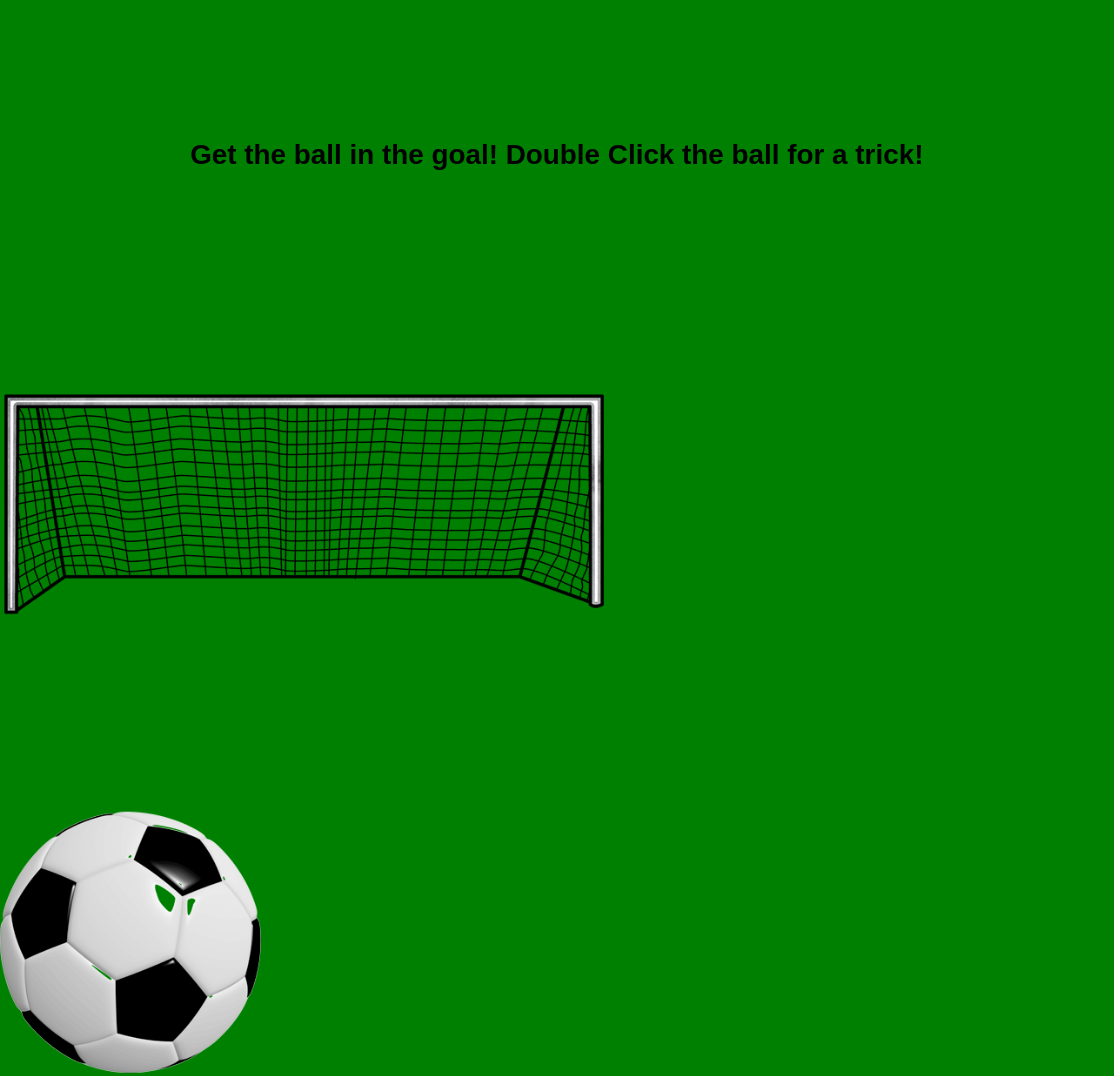
Repository: alexmaddux99/Lab3
Page: mouse-events.html
The author's editor kept a copy of each file at every save. The page is drawn from the files as they stood at one save, then again after the next save.
The browser window is 1280 px wide. The pictures show the whole page, at 87% of full size.

Above is the page before, as saved 2022-03-06 17:14:34.

### mouse-events.html
<!DOCTYPE html>
<html lang="en">

<head>
    <meta charset="UTF-8">
    <meta http-equiv="X-UA-Compatible" content="IE=edge">
    <meta name="viewport" content="width=device-width, initial-scale=1.0">
    <title>GOAL!</title>
    <style>
        body {
            background-color: green;
            margin:0;
            height:100vh;
        }

        div {
           height: 300px;
           width: 300px;
            transition: transform 1s;

        }

        p {
            margin-top: 10rem;
            text-align: center;
            font: bold 2rem sans-serif;
        }




    </style>
</head>

<body>

    <p>Get the ball in the goal! Double Click the ball for a trick!</p>

    <img src="/images/goal.png" alt="GOAL!">

    <div id="dot" class="ball">
        <img src="/images/soccer.png" alt="Score a Goal!">
    </div>




    <script>
        var dot = document.getElementById('dot');
        document.body.addEventListener('click', (e) => {
            console.log("Client: " , e.clientX , e.clientY)
            console.log("Page: " , e.pageX , e.pageY)
            console.log("Screen: " , e.screenX , e.screenY)
            console.log("Event Object: ", e);
            dot.style.transform = `translateY(${e.clientY - 25}px)`;
            dot.style.transform += `translateX(${e.clientX - 25}px)`;
            dot.style.opacity = 1;
        }, false);
    </script>
</body>

</html>

After the next save:
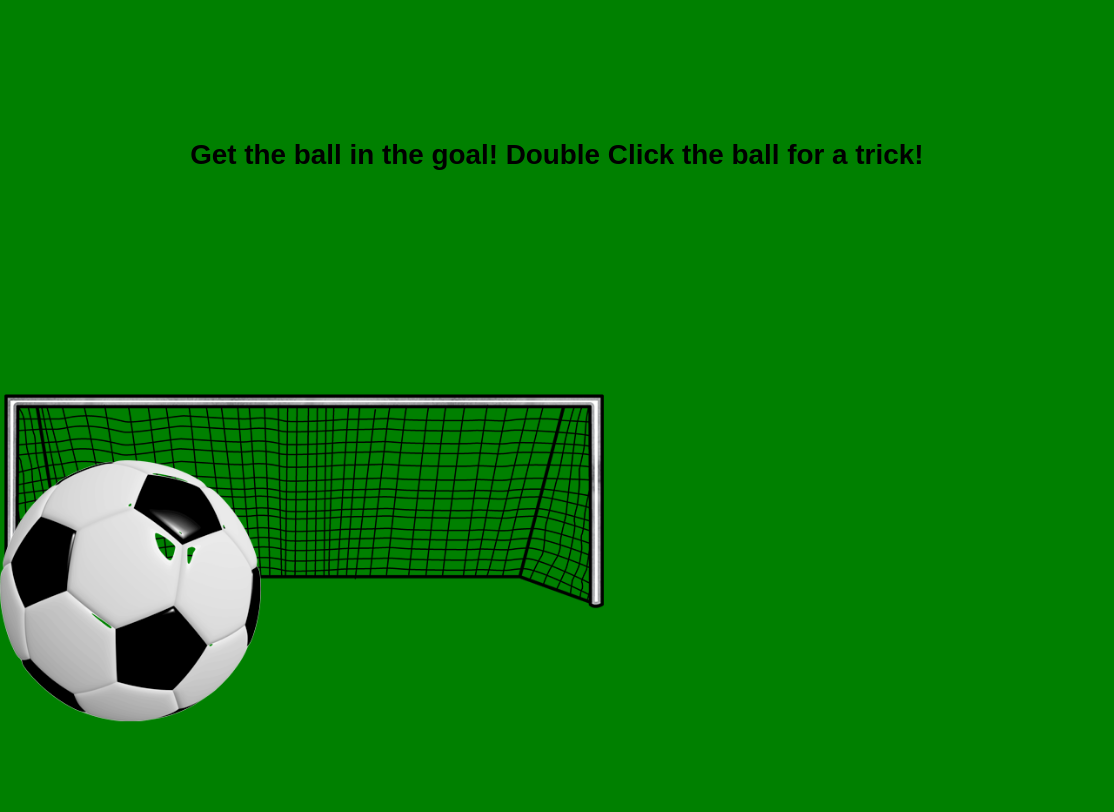
Saved 44 s later.
--- a/mouse-events.html
+++ b/mouse-events.html
@@ -36,7 +36,9 @@
 
     <p>Get the ball in the goal! Double Click the ball for a trick!</p>
 
+    <div goal>
     <img src="/images/goal.png" alt="GOAL!">
+    </div>
 
     <div id="dot" class="ball">
         <img src="/images/soccer.png" alt="Score a Goal!">
